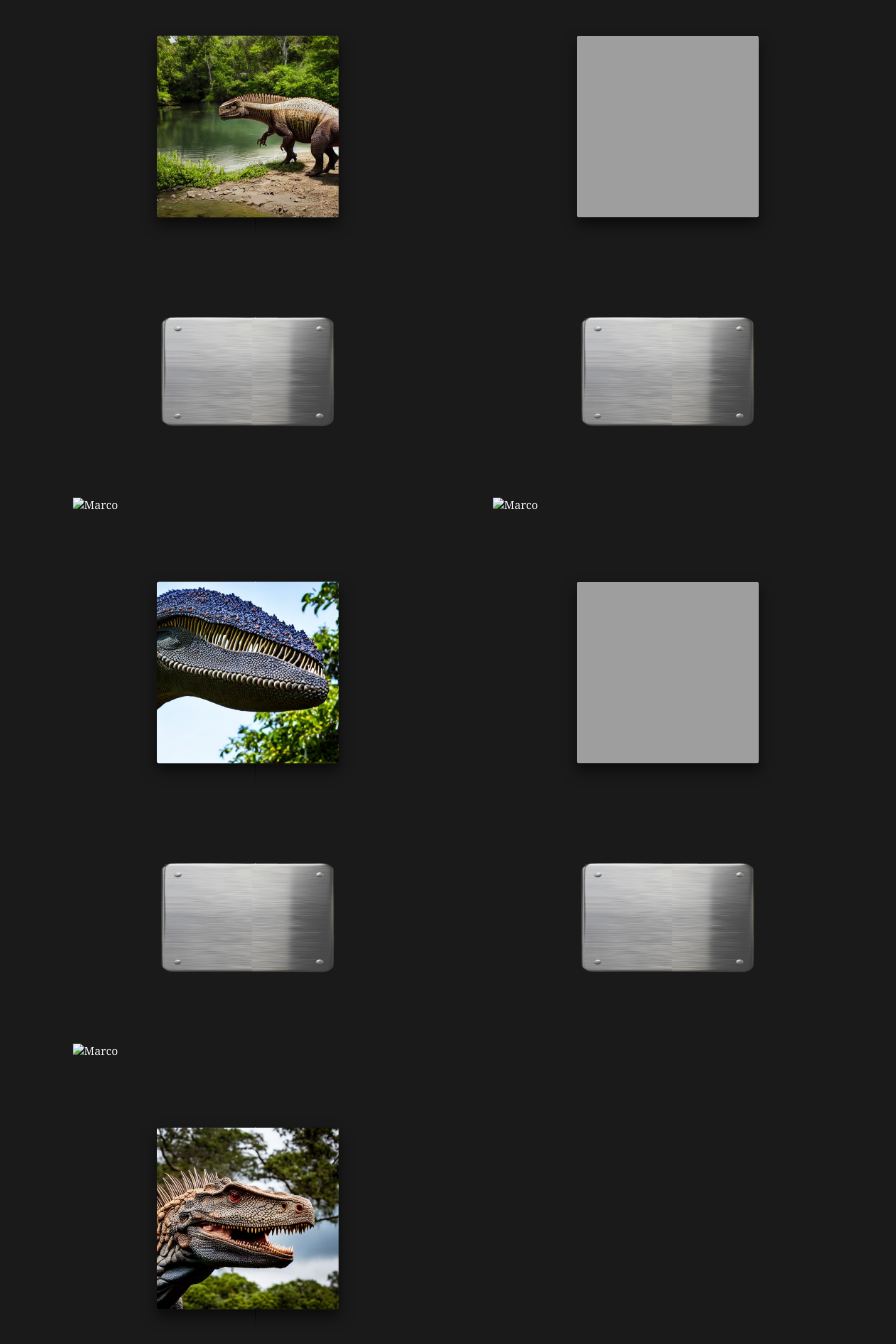
Repository: FormalIngenieroniel/YapperSaurusMuseum
Page: templates/index.html
The author's editor kept a record of every edit. The page is drawn from the files as they stood at one moment, then again after the next edit.
The browser window is 1280 px wide. The pictures show the part of the page from y = 2594 to 4514 px (the page is 4805 px tall), at 70% of full size.
Pictures or frames that could not be fetched are drawn as grey boxes.

Above is the page before.
Console error: TypeError: Cannot read properties of null (reading 'addEventListener')

### templates/index.html
<!DOCTYPE html>
<html lang="es">
<head>
    <meta charset="UTF-8">
    <meta name="viewport" content="width=device-width, initial-scale=1.0">
    <title>Museo de Dinosaurios</title>
    <link rel="stylesheet" href="./static/style.css">
</head>
<body>

    <div class="fondo-paralax"></div>

    <h1>Galería de Dinosaurios</h1>

    <div class="museo-container">

        <div class="dino-exhibit">
            <div class="dino-cuadro">
                <img src="./static/Carpetanosaurio rex/Waranatitan.png" alt="Waranatitan" class="dino-img">
                <img src="" alt="Marco" class="dino-marco">
            </div>
            <div class="dino-placa">
                </div>
        </div>

        <div class="dino-exhibit">
            <div class="dino-cuadro">
                <img src="./static/Carpetanosaurio rex/Hianchangosaurus.png" alt="Hianchangosaurus" class="dino-img">
                <img src="" alt="Marco" class="dino-marco">
            </div>
            <div class="dino-placa">
            </div>
        </div>
        <div class="dino-exhibit">
            <div class="dino-cuadro">
                <img src="./static/Carpetanosaurio rex/Hianchangosaurus.png" alt="Danodon" class="dino-img">
                <img src="" alt="Marco" class="dino-marco">
            </div>
            <div class="dino-placa">
            </div>
        </div>

        <div class="dino-exhibit">
            <div class="dino-cuadro">
                <img src="./static/Carpetanosaurio rex/Ligantosaurus.png" alt="Siamensaurus" class="dino-img">
                <img src="" alt="Marco" class="dino-marco">
            </div>
            <div class="dino-placa">
            </div>
        </div>

        <div class="dino-exhibit">
            <div class="dino-cuadro">
                <img src="./static/Carpetanosaurio rex/Nonosaurus.png" alt="Ligantosaurus" class="dino-img">
                <img src="" alt="Marco" class="dino-marco">
            </div>
            <div class="dino-placa">
            </div>
        </div>

        <div class="dino-exhibit">
            <div class="dino-cuadro">
                <img src="./static/Carpetanosaurio rex/Protogosaurus.png" alt="Nonosaurus" class="dino-img">
                <img src="" alt="Marco" class="dino-marco">
            </div>
            <div class="dino-placa">
            </div>
        </div>

        <div class="dino-exhibit">
            <div class="dino-cuadro">
                <img src="./static/Carpetanosaurio rex/Rapalasaurus.png" alt="Protogosaurus" class="dino-img">
                <img src="" alt="Marco" class="dino-marco">
            </div>
            <div class="dino-placa">
            </div>
        </div>

        <div class="dino-exhibit">
            <div class="dino-cuadro">
                <img src="./static/Carpetanosaurio rex/Siamensaurus.png" alt="Yundanosaurus" class="dino-img">
                <img src="" alt="Marco" class="dino-marco">
            </div>
            <div class="dino-placa">
            </div>
        </div>

        <div class="dino-exhibit">
            <div class="dino-cuadro">
                <img src="./static/Carpetanosaurio rex/Stenosaurus.png" alt="Dinosaurio 8" class="dino-img">
                <img src="" alt="Marco" class="dino-marco">
            </div>
            <div class="dino-placa">
            </div>
        </div>

        <div class="dino-exhibit">
            <div class="dino-cuadro">
                <img src="./static/Carpetanosaurio rex/Waranatitan.png" alt="Dinosaurio 9" class="dino-img">
                <img src="" alt="Marco" class="dino-marco">
            </div>
            <div class="dino-placa">
            </div>
        </div>

        <div class="dino-exhibit">
            <div class="dino-cuadro">
                <img src="./static/Carpetanosaurio rex/Yundanosaurus.png" alt="Dinosaurio 10" class="dino-img">
                <img src="" alt="Marco" class="dino-marco">
            </div>
            <div class="dino-placa">
            </div>
        </div>

    </div>

    <script src="./static/script.js"></script>
</body>
</html>

### static/style.css
/* --- Variables Globales y Reseteo --- */
:root {
    --dino-img-size: 260px;
    --marco-borde-size: 120px;
    --color-fondo: #1a1a1a;
    --color-texto-placa: #2c1e14;
    --color-luz-foco: rgba(255, 223, 150, 0.75);
    --color-titulo: #f0f0f0;
}

* {
    margin: 0;
    padding: 0;
    box-sizing: border-box;
}

body {
    font-family: 'Georgia', serif;
    background-color: var(--color-fondo);
    color: var(--color-titulo);
    overflow-x: hidden;
}

h1 {
    text-align: center;
    margin: 40px 0;
    font-size: 3rem;
    font-weight: normal;
    color: var(--color-titulo);
    text-shadow: 2px 2px 8px rgba(0,0,0,0.8);
    position: relative;
    z-index: 10;
    letter-spacing: 2px;
}

.fondo-paralax {
    background-image: url('./Marcos/fondo.png');
    background-size: cover;
    background-position: center center;
    position: fixed;
    z-index: -1;
    top: -50px;
    left: -50px;
    right: -50px;
    bottom: -50px;
}

.museo-container {
    display: grid;
    grid-template-columns: repeat(2, 1fr);
    grid-template-rows: repeat(5, auto);
    gap: 100px;
    padding: 40px;
    width: 90%;
    max-width: 15000px;
    margin: 0 auto;
    position: relative;
    z-index: 5;
}

.dino-exhibit {
    display: flex;
    flex-direction: column;
    align-items: center;
    cursor: pointer;
    transition: transform 0.4s ease-out, opacity 0.4s ease-out;
}

.museo-container:hover .dino-exhibit {
    opacity: 0.5;
    transform: scale(0.98);
}

.museo-container .dino-exhibit:hover {
    opacity: 1;
    transform: scale(1.05);
}

.dino-cuadro {
    position: relative;
    width: calc(var(--dino-img-size) + 2 * var(--marco-borde-size));
    height: calc(var(--dino-img-size) + 2 * var(--marco-borde-size));
    margin-bottom: 20px;
    transition: filter 0.4s ease-out;
}

.dino-exhibit:hover .dino-cuadro {
    filter: drop-shadow(0 0 20px var(--color-luz-foco));
}

.dino-img {
    width: var(--dino-img-size);
    height: var(--dino-img-size);
    object-fit: cover;
    position: absolute;
    top: 50%;
    left: 50%;
    transform: translate(-50%, -50%);
    z-index: 1;
    box-shadow: 0 10px 20px rgba(0,0,0,0.6);
    border-radius: 4px;
}

.dino-marco {
    width: 100%;
    height: 100%;
    position: absolute;
    top: 0;
    left: 0;
    z-index: 2;
    pointer-events: none;
}

/* === NUEVO: ESTILOS DEL SLICER DE PLACAS === */

/* 1. Contenedor Principal del Slicer */
/* Ocupa el espacio de la placa original y oculta el contenido que se desborda */
.placa-slicer-container {
    position: relative;
    width: 100%;
    max-width: 500px;
    overflow: hidden; /* ¡La clave! Oculta la segunda placa */
    box-shadow: 0 5px 15px rgba(0,0,0,0.5);
    transition: height 0.6s cubic-bezier(0.86, 0, 0.07, 1);
}

/* 2. El Wrapper que se desliza */
/* Es el doble de ancho que el contenedor para albergar las dos placas */
.placa-wrapper {
    display: flex;
    width: 200%; /* 100% para cada una de las dos placas */
    /* Animación suave para el deslizamiento */
    transition: transform 0.6s cubic-bezier(0.86, 0, 0.07, 1);
    align-items: flex-start;
}

/* 3. Clase que activa el deslizamiento */
.placa-wrapper.slide-active {
    transform: translateX(-50%); /* Mueve el wrapper a la izquierda */
}

/* 4. Estilo de cada Placa dentro del Slicer */
.dino-placa {
    width: 50%;
    flex-shrink: 0;
    background-image: url('./Marcos/placatexto.png');
    background-size: 100% 100%;
    background-repeat: no-repeat;

    /* AJUSTE 1: Aumenta el padding para crear el margen interior */
    /* Puedes ajustar el '60px' si necesitas más o menos espacio lateral */
    padding: 80px 70px;

    text-align: left;
    color: var(--color-texto-placa);
    font-size: 0.9rem;
    line-height: 1.6;

    /* AJUSTE 2: Añade estas 3 líneas para centrar el contenido */
    display: flex;
    flex-direction: column;
    justify-content: center; /* ¡Esta es la clave para el centrado vertical! */
}

/* 5. Estilo de las Flechas de Navegación */
.slicer-arrow {
    position: absolute;
    top: 50%;
    transform: translateY(-50%);
    z-index: 20;
    background-color: rgba(44, 30, 20, 0.7);
    color: white;
    border: none;
    border-radius: 50%;
    width: 40px;
    height: 40px;
    font-size: 24px;
    font-weight: bold;
    cursor: pointer;
    display: flex;
    align-items: center;
    justify-content: center;
    transition: background-color 0.3s ease, transform 0.3s ease;
}

.slicer-arrow:hover {
    background-color: rgba(44, 30, 20, 1);
    transform: translateY(-50%) scale(1.1);
}

.slicer-arrow.prev {
    left: 10px;
}

.slicer-arrow.next {
    right: 10px;
}

Loaded but not shown: static/script.js (460 lines, source omitted)

After the next edit:
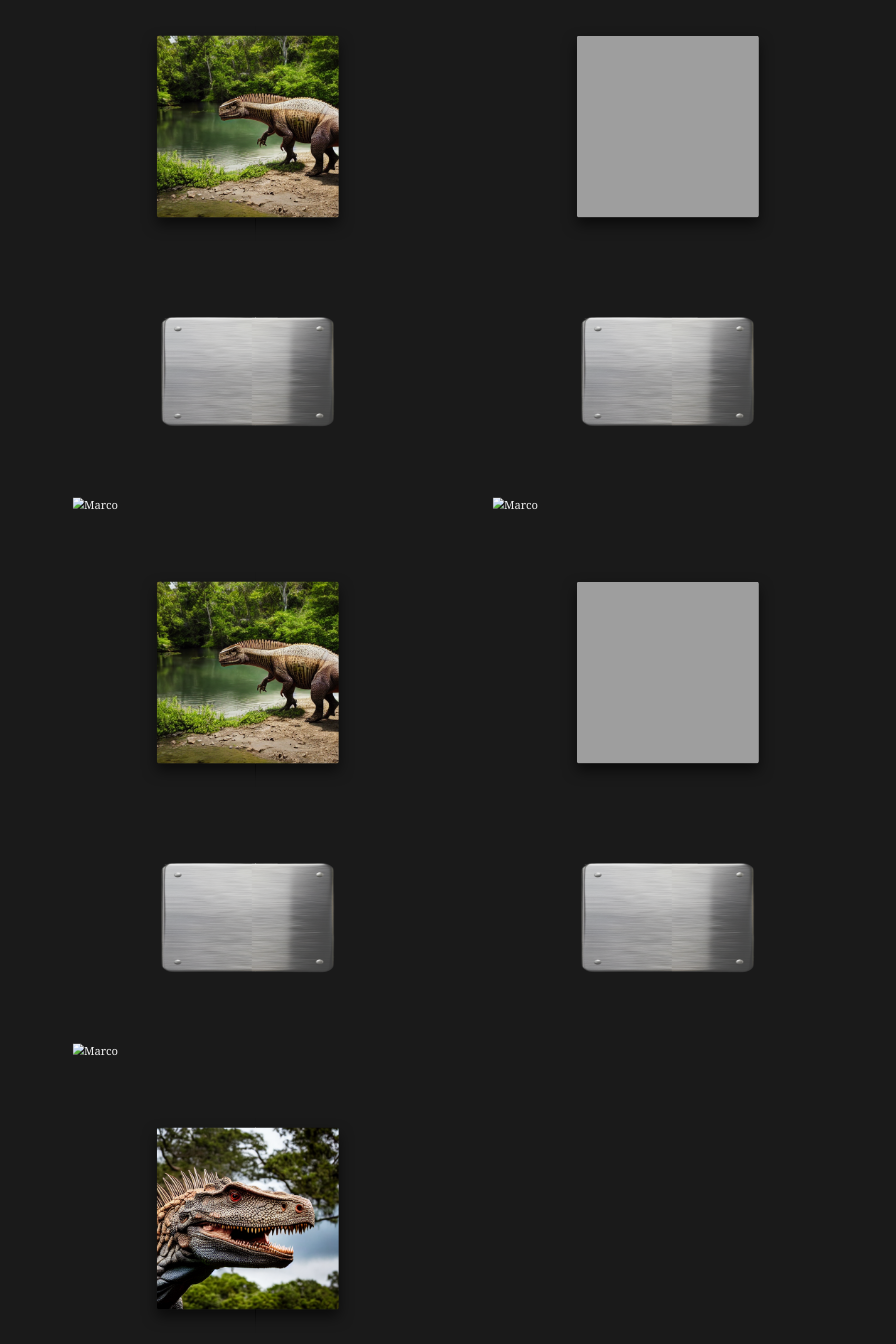
The edit:
--- a/templates/index.html
+++ b/templates/index.html
@@ -87,7 +87,7 @@
 
         <div class="dino-exhibit">
             <div class="dino-cuadro">
-                <img src="./static/Carpetanosaurio rex/Stenosaurus.png" alt="Dinosaurio 8" class="dino-img">
+                <img src="./static/Carpetanosaurio rex/Rapalasaurus.png" alt="Rapalasaurus" class="dino-img">
                 <img src="" alt="Marco" class="dino-marco">
             </div>
             <div class="dino-placa">
